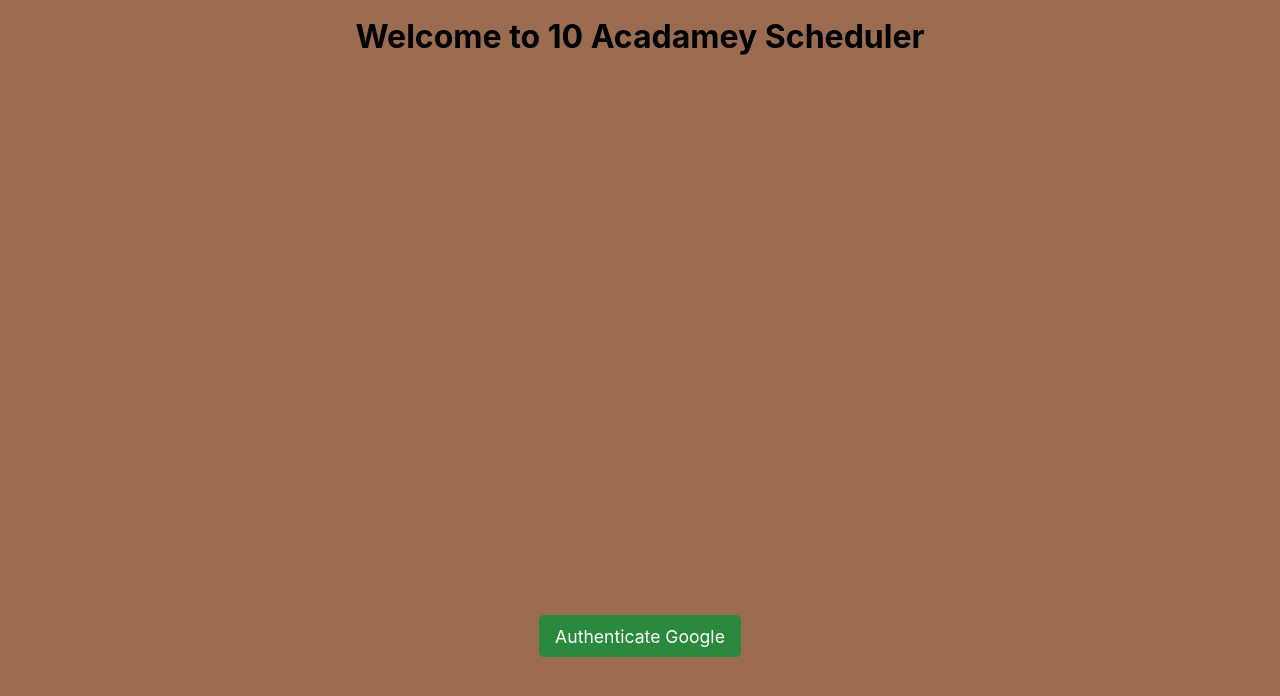
Repository: nebilarega/calendar-extractor
Page: / (app in frontend/)
The author's editor kept a copy of each file at every save. The page is drawn from the files as they stood at one save, then again after the next save.
The browser window is 1280 px wide. The pictures show the whole page.
The project was rebuilt for these pictures with package versions that can differ from the ones it lists, and the page was loaded fresh each time.

Above is the page before, as saved 2022-08-24 23:46:11.

After the next save:
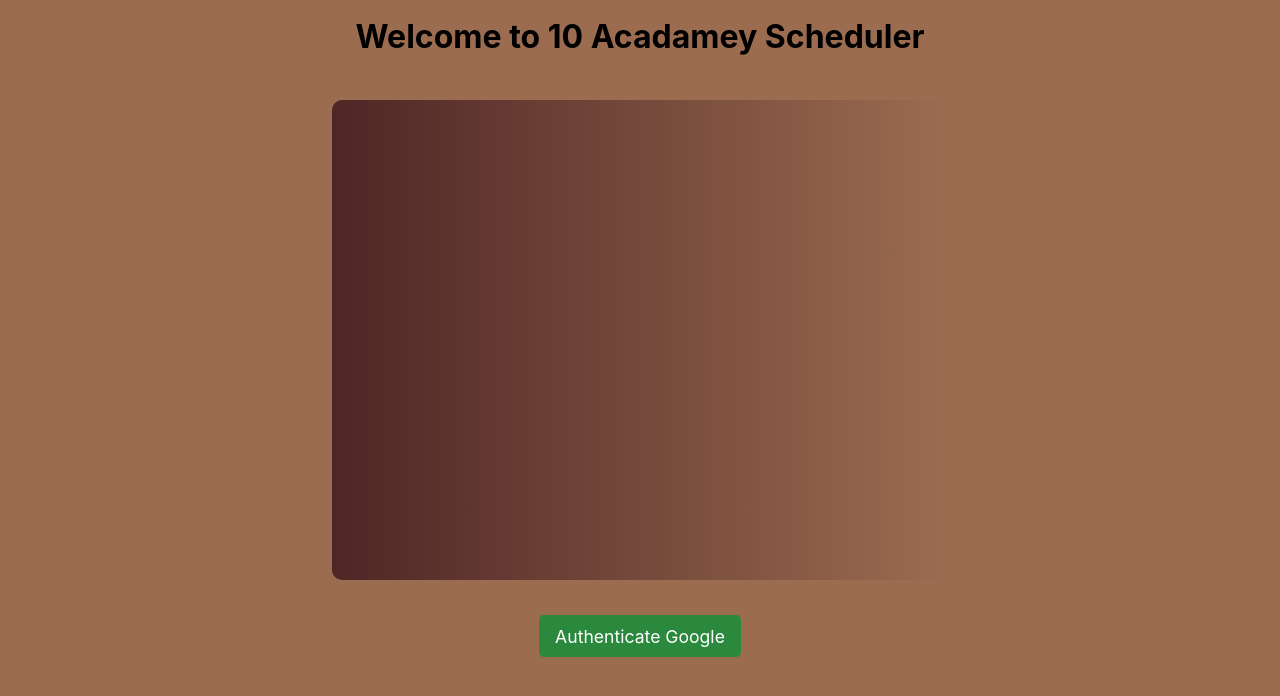
Saved 14 s later.
--- a/frontend/src/css/landing.css
+++ b/frontend/src/css/landing.css
@@ -88,14 +88,7 @@
   border-radius: 10px;
   justify-content: center;
   align-items: center;
-  background-image: linear-gradient(
-    -90deg,
-    #9b6c50 0%,
-    #4f2626 50%,
-    90deg,
-    #9b6c50 0%,
-    #4f2626 50%
-  );
+  background-image: linear-gradient(-90deg, #9b6c50 0%, #4f2626 100%);
 }
 button {
   margin: 2.2rem;
